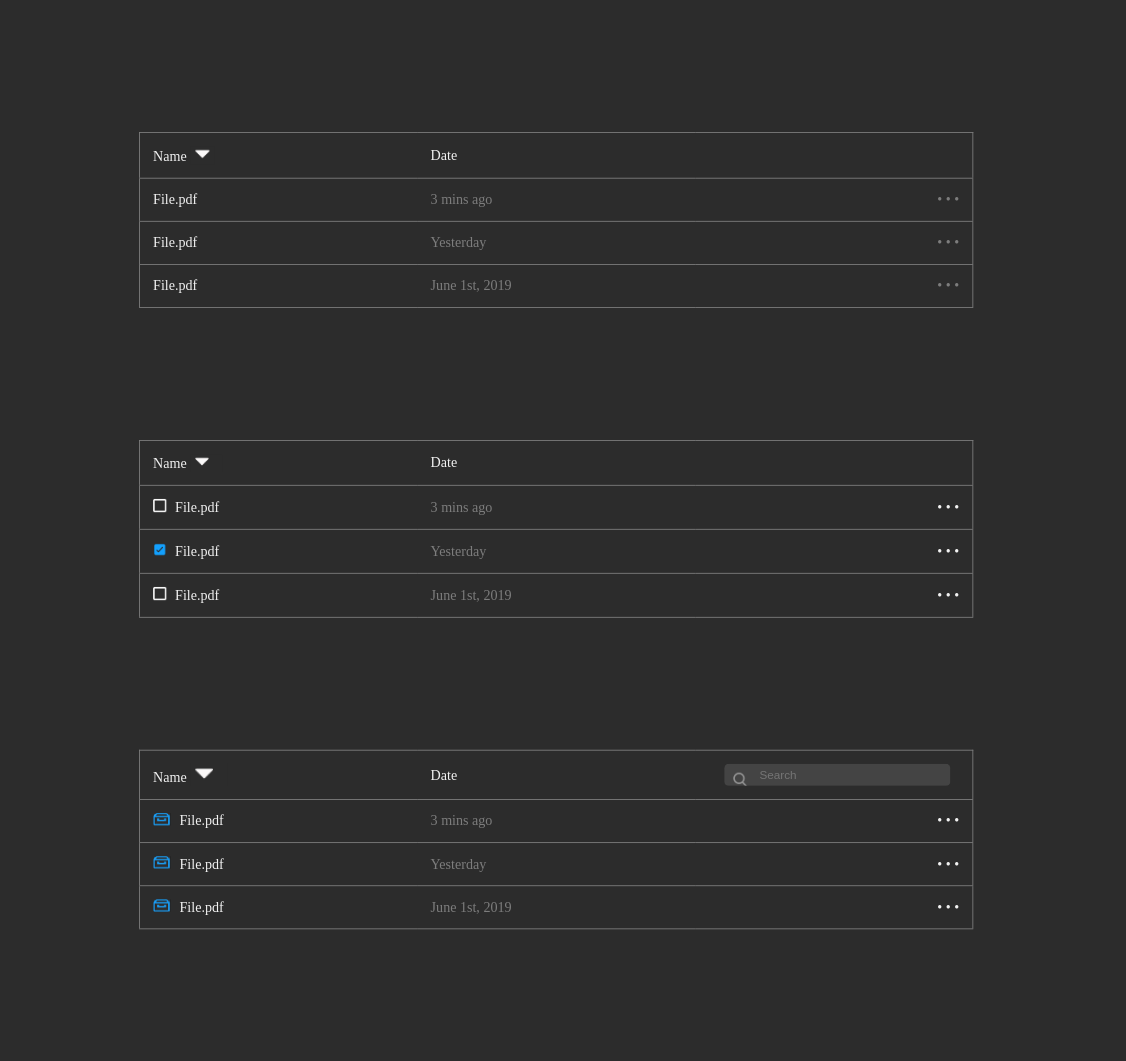
Repository: batonAnton/Hw5-table
Page: index.html
The author's editor kept a copy of each file at every save. The page is drawn from the files as they stood at one save, then again after the next save.
The browser window is 1280 px wide. The pictures show the whole page, at 88% of full size.

Above is the page before, as saved 2022-06-14 12:26:38.

After the next save:
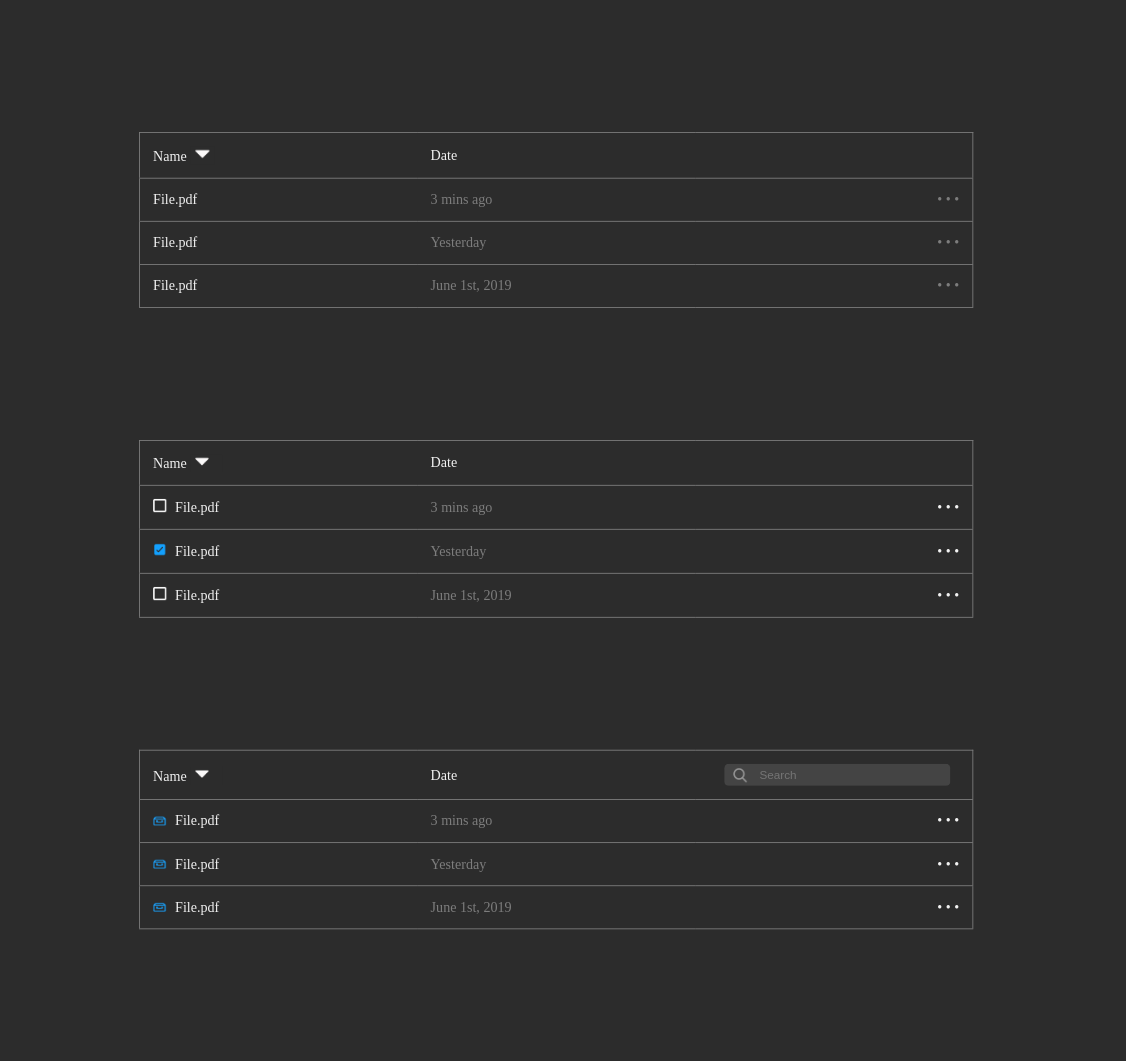
Saved 5 min 9 s later.
--- a/css/style.css
+++ b/css/style.css
@@ -45,7 +45,7 @@
 }
 
 .table3 img {
-  width: 20px;
+  width: 15px;
 }
 
 input {
@@ -55,7 +55,7 @@
   border: none;
   border-radius: 5px;
   background-image: url("/image/search.png");
-  background-position: 10px 10px;
+  background-position: 10px 5px;
   background-repeat: no-repeat;
   padding: 12px 20px 12px 40px;
     margin-right: 10px;
